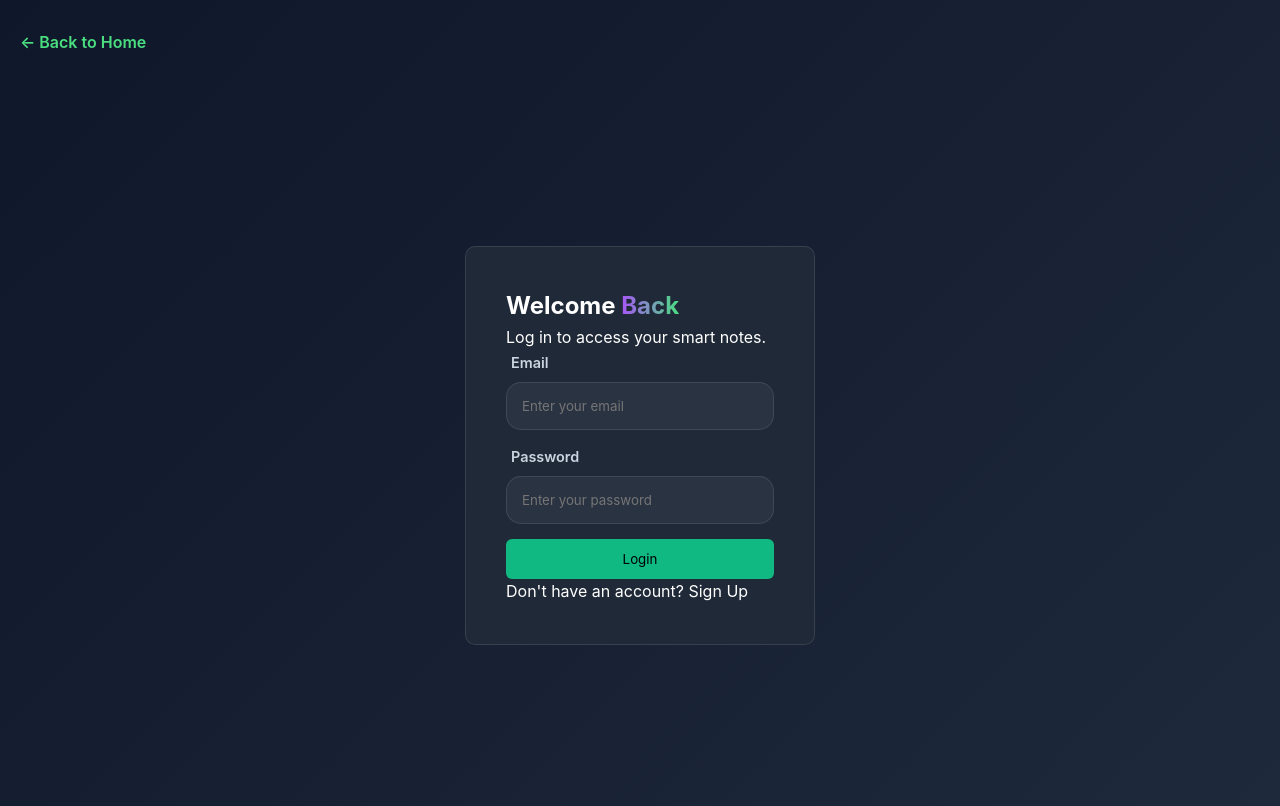
Repository: Nikhilesh-Attal/smart-notes-ai
Page: /login (app in frontend/)
The author's editor kept a copy of each file at every save. The page is drawn from the files as they stood at one save, then again after a run of saves.
The browser window is 1280 px wide. The pictures show the whole page.
The project was rebuilt for these pictures with package versions that can differ from the ones it lists, and the page was loaded fresh each time. Also part of the build but not shown: frontend/vite.config.ts, frontend/src/pages/Home.tsx, frontend/src/pages/chat.css, frontend/src/pages/chat.tsx, frontend/src/pages/Signup.tsx, frontend/src/pages/About.tsx, frontend/src/pages/ContactUs.tsx.

Above is the page before, as saved 2026-02-24 20:05:20.

### frontend/src/main.tsx
import React from "react";
import ReactDOM from "react-dom/client";
import { BrowserRouter } from "react-router-dom";
import App from "./App";
import "./pages/layout.css";

ReactDOM.createRoot(document.getElementById("root")!).render(
  <BrowserRouter>
    <App />
  </BrowserRouter>
);

### frontend/src/App.tsx
import { BrowserRouter, Routes, Route } from "react-router-dom";
import Home from "./pages/Home";
import Chat from "./pages/chat";
import Login from "./pages/Login";
import Signup from "./pages/Signup";
import About from "./pages/About";
import ContactUs from "./pages/ContactUs";

function App() {
  return (

      <Routes>
        <Route path="/" element={<Home />} />
        <Route path="/chat" element={<Chat />} />
        <Route path="/login" element={<Login />} />
        <Route path="/signup" element={<Signup />} />
        <Route path="/about" element={<About />} />
        <Route path="/ContactUs" element={<ContactUs />} />
      </Routes>

  );
}

export default App;

### frontend/src/pages/layout.css
* {
  margin: 0;
  padding: 0;
  box-sizing: border-box;
  font-family: 'Inter', sans-serif;
}

body {
  background: linear-gradient(135deg, #0f172a, #1e293b);
  color: white;
}

.app-container {
  display: flex;
  height: 100vh;
}

/* Sidebar */

.sidebar {
  width: 250px;
  background: #111827;
  padding: 20px;
  display: flex;
  flex-direction: column;
}

.sidebar h2 {
  margin-bottom: 20px;
}

.sidebar button {
  background: #10b981;
  border: none;
  padding: 10px;
  border-radius: 6px;
  cursor: pointer;
  margin-bottom: 20px;
}

.sidebar a {
  color: #ccc;
  text-decoration: none;
  margin-top: 10px;
}

.sidebar a:hover {
  color: #10b981;
}

/* Main Chat Area */

.chat-container {
  flex: 1;
  display: flex;
  flex-direction: column;
}

.chat-messages {
  flex: 1;
  padding: 30px;
  overflow-y: auto;
}

.message {
  max-width: 60%;
  padding: 12px;
  border-radius: 10px;
  margin-bottom: 15px;
}

.user {
  background: #10b981;
  align-self: flex-end;
}

.bot {
  background: #1f2937;
}

.chat-input {
  display: flex;
  padding: 15px;
  border-top: 1px solid #333;
}

.chat-input input {
  flex: 1;
  padding: 12px;
  border-radius: 6px;
  border: none;
  margin-right: 10px;
}

.chat-input button {
  padding: 12px 20px;
  border: none;
  border-radius: 6px;
  background: #10b981;
  cursor: pointer;
}

### frontend/src/pages/Login.tsx
import { useNavigate } from "react-router-dom";
import "../pages/auth.css";

const Login = () => {
  const navigate = useNavigate();

  return (
    <div className="auth-page-wrapper">
      {/* Navigation Back */}
      <nav className="about-nav">
        <button className="back-link" onClick={() => navigate('/')}>
          ← Back to Home
        </button>
      </nav>

      <div className="auth-container">
        <div className="auth-box glass">
          <h2>Welcome <span className="gradient-highlight">Back</span></h2>
          <p className="auth-subtitle">Log in to access your smart notes.</p>

          <div className="auth-form">
            <div className="input-group">
              <label>Email</label>
              <input type="email" placeholder="Enter your email" />
            </div>

            <div className="input-group">
              <label>Password</label>
              <input type="password" placeholder="Enter your password" />
            </div>

            <button className="auth-submit-btn">Login</button>
          </div>

          <p className="auth-footer">
            Don't have an account? <span onClick={() => navigate('/signup')}>Sign Up</span>
          </p>
        </div>
      </div>
    </div>
  );
};

export default Login;

### frontend/src/pages/Home.css
/*
/* Global Reset & Base Theme
* {
    margin: 0;
    padding: 0;
    box-sizing: border-box;
    font-family: 'Inter', system-ui, -apple-system, sans-serif;
}

body {
    background-color: #0b0f1a;
    color: #f8f9fc;
    line-height: 1.6;
}

/* Glassmorphism Utility
.glass {
    background: rgba(255, 255, 255, 0.03);
    backdrop-filter: blur(12px);
    -webkit-backdrop-filter: blur(12px);
    border: 1px solid rgba(255, 255, 255, 0.1);
}

/* Home Page Layout
.home-page-wrapper {
    min-height: 100vh;
    display: flex;
    flex-direction: column;
    align-items: center;
}

/* Header Styling - Max Length & Right Aligned Auth */
/* .home-header {
    display: flex;
    justify-content: space-between;
    align-items: center;
    padding:0.5rem 2rem; /* 1rem 3rem;
    margin-top: 10px;
    width: 100%; /* Maximized length *
    height: 60px;
    min-height: 80px;
    max-width: 12000px;
    border-radius: 100px;
    z-index: 1000;
}

.logo-group {
  display: flex;
  align-items: center;
  gap: 5px;
}

.logo-image {
  height: 90px; /* Adjust this height to match your text size
  width: auto;
  object-fit: contain;
}

.logo-image:hover {
    transform: scale(1.05); /* subtle pop on hover
}

/* .logo-group {
    display: flex;
    align-items: center;
    gap: 12px;
}

.logo-glow-icon {
    width: 28px;
    height: 28px;
    background: linear-gradient(135deg, #a855f7, #4ade80);
    border-radius: 8px;
    box-shadow: 0 0 15px rgba(168, 85, 247, 0.4);
}

.header-controls {
    display: flex;
    align-items: center;
    gap: 2rem;
}

.info-nav {
    display: flex;
    gap: 1.5rem;
}

.nav-link, .text-btn {
    background: none;
    border: none;
    color: #4ade80; /*cbd5e1;
    font-size: 0.98rem;
    cursor: pointer;
    transition: 0.3s;
}

.nav-link:hover, .text-btn:hover {
    color: #4ade80;
}

.header-auth {
    background-color: #4ade80;
    color: #0b0f1a;
    padding: 8px 24px;
    border-radius: 50px;
    border: none;
    font-weight: 700;
    cursor: pointer;
    transition: 0.3s;
    display: flex;
    align-items: center;
    gap: 1rem;
    padding-left: 1rem;
    border-left: 1px solid rgba(255, 255, 255, 0.1);
}

.primary-btn {
    background-color: #4ade80;
    color: #0b0f1a;
    padding: 8px 24px;
    border-radius: 50px;
    border: none;
    font-weight: 700;
    cursor: pointer;
    transition: 0.3s;
}

.primary-btn:hover {
    background-color: #38c16a;
    transform: translateY(-1px);
}

/* Hero Content
.hero-container {
    flex: 1;
    display: flex;
    align-items: center;
    justify-content: center;
    padding: 80px 20px;
}

.hero-content {
    text-align: center;
    padding: 80px 40px;
    border-radius: 40px;
    max-width: 900px;
    box-shadow: 0 0 80px rgba(168, 85, 247, 0.15);
}

.home-title {
    font-size: clamp(2.5rem, 6vw, 4.5rem);
    font-weight: 800;
    line-height: 1.1;
    margin-bottom: 20px;
    color: #ffffff;
}

.gradient-highlight {
    background: linear-gradient(90deg, #a855f7, #4ade80);
    -webkit-background-clip: text;
    -webkit-text-fill-color: transparent;
}

.home-subtitle {
    font-size: 1.25rem;
    color: #94a3b8;
    margin-bottom: 40px;
    max-width: 650px;
    margin-left: auto;
    margin-right: auto;
}

.main-cta {
    padding: 20px 200px;
    font-size: 1.rem;
    font-weight: 800;
    border: none;
    border-radius: 50px;
    background: #4ade80;
    color: #0b0f1a;
    cursor: pointer;
    box-shadow: 0 10px 30px rgba(74, 222, 128, 0.3);
    transition: 0.3s ease;
}

.main-cta:hover {
    transform: scale(1.05);
}

/* Bento Grid Styling
.bento-section {
    width: 90%;
    max-width: 1100px;
    padding-bottom: 100px;
}

.section-label {
    margin-bottom: 30px;
    font-size: 1.5rem;
    color: #94a3b8;
}

.bento-grid {
    display: grid;
    grid-template-columns: repeat(auto-fit, minmax(280px, 1fr));
    gap: 24px;
}

.bento-card {
    padding: 30px;
    border-radius: 30px;
    text-align: center;
    transition: 0.3s;
}

.bento-card:hover {
    border-color: #a855f7;
    transform: translateY(-5px);
}

.visual-box {
    height: 80px;
    margin-bottom: 20px;
    display: flex;
    align-items: center;
    justify-content: center;
}

/* Bento Visual Elements
.dot { width: 15px; height: 15px; border-radius: 50%; margin: 5px; }
.dot.p { background: #a855f7; box-shadow: 0 0 10px #a855f7; }
.dot.g { background: #4ade80; box-shadow: 0 0 10px #4ade80; }

.progress-bar { width: 100px; height: 10px; background: #334155; border-radius: 10px; overflow: hidden; }
.progress-fill { width: 70%; height: 100%; background: #4ade80; }

.waveform {
    width: 60px;
    height: 30px;
    background: repeating-linear-gradient(90deg, #a855f7, #a855f7 2px, transparent 2px, transparent 6px);
}

.search-icon { font-size: 2rem; }

/* Footer Section
.home-footer {
    padding: 60px;
    color: #475569;
    font-size: 0.9rem;
    border-top: 1px solid rgba(255, 255, 255, 0.05);
    width: 100%;
    text-align: center;
} */


/* Global Reset & Base Theme */
* {
    margin: 0;
    padding: 0;
    box-sizing: border-box;
    font-family: 'Inter', system-ui, -apple-system, sans-serif;
}

body {
    background-color: #0b0f1a;
    color: #f8f9fc;
    line-height: 1.6;
}

/* Glassmorphism Utility */
.glass {
    background: rgba(255, 255, 255, 0.03);
    backdrop-filter: blur(12px);
    -webkit-backdrop-filter: blur(12px);
    border: 1px solid rgba(255, 255, 255, 0.1);
}

/* Home Page Layout */
.home-page-wrapper {
    min-height: 100vh;
    display: flex;
    flex-direction: column;
    align-items: center;
}

/* Header Styling - Optimized for Pill buttons */
.home-header {
    display: flex;
    justify-content: space-between;
    align-items: center;
    padding: 0.5rem 2rem;
    margin-top: 10px;
    width: 95%;
    min-height: 80px;
    max-width: 1400px;
    border-radius: 100px;
    z-index: 1000;
}

.logo-group {
    display: flex;
    align-items: center;
    gap: 12px;
}

.logo-image {
    height: 60px;
    width: auto;
    object-fit: contain;
    transition: transform 0.3s ease;
}

.logo-image:hover {
    transform: scale(1.05);
}

.header-controls {
    display: flex;
    align-items: center;
    gap: 2rem;
}

.info-nav {
    display: flex;
    gap: 1.5rem;
}

.nav-link {
    background: none;
    border: none;
    color: #cbd5e1;
    font-size: 0.98rem;
    cursor: pointer;
    transition: 0.3s;
}

.nav-link:hover {
    color: #4ade80;
}

/* --- UPDATED AUTH SECTION (The Pill Shape) --- */

.header-auth {
    display: flex;
    align-items: center;
    padding-left: 1.5rem;
    border-left: none; /* Removed white line */
}

.auth-pill {
    display: flex;
    align-items: center;
    background-color: #38c16a; /* Updated to requested Green */
    border-radius: 50px;       /* Cylindrical shape */
    padding: 2px 5px;
    box-shadow: 0 4px 15px rgba(56, 193, 106, 0.3);
    transition: all 0.3s ease;
}

.auth-pill:hover {
    transform: translateY(-2px);
    background-color: #2ea85a; /* Slightly darker green */
}

.auth-btn {
    background: none;   /* Removed white rectangular background */
    border: none;
    color: #0b0f1a;     /* Dark text for contrast */
    padding: 10px 20px;
    font-weight: 700;
    font-size: 0.9rem;
    cursor: pointer;
    transition: opacity 0.2s ease;
}

.auth-btn:hover {
    opacity: 0.7;
}

.auth-divider {
    width: 1px;
    height: 18px;
    background-color: rgba(11, 15, 26, 0.15); /* Subtle separator */
}

/* --- END AUTH SECTION --- */

/* Hero Content */
.hero-container {
    flex: 1;
    display: flex;
    align-items: center;
    justify-content: center;
    padding: 80px 20px;
}

.hero-content {
    text-align: center;
    padding: 80px 40px;
    border-radius: 40px;
    max-width: 900px;
    box-shadow: 0 0 80px rgba(168, 85, 247, 0.15);
}

.home-title {
    font-size: clamp(2.5rem, 6vw, 4.5rem);
    font-weight: 800;
    line-height: 1.1;
    margin-bottom: 20px;
    color: #ffffff;
}

.gradient-highlight {
    background: linear-gradient(90deg, #a855f7, #4ade80);
    -webkit-background-clip: text;
    -webkit-text-fill-color: transparent;
}

.home-subtitle {
    font-size: 1.25rem;
    color: #94a3b8;
    margin-bottom: 40px;
    max-width: 650px;
    margin-left: auto;
    margin-right: auto;
}

.main-cta {
    padding: 18px 60px;
    font-size: 1.1rem;
    font-weight: 800;
    border: none;
    border-radius: 50px;
    background: #4ade80;
    color: #0b0f1a;
    cursor: pointer;
    box-shadow: 0 10px 30px rgba(74, 222, 128, 0.3);
    transition: 0.3s ease;
}

.main-cta:hover {
    transform: scale(1.05);
}

/* Bento Grid Styling */
.bento-section {
    width: 90%;
    max-width: 1100px;
    padding-bottom: 100px;
}

.section-label {
    margin-bottom: 30px;
    font-size: 1.5rem;
    color: #94a3b8;
}

.bento-grid {
    display: grid;
    grid-template-columns: repeat(auto-fit, minmax(280px, 1fr));
    gap: 24px;
}

.bento-card {
    padding: 30px;
    border-radius: 30px;
    text-align: center;
    transition: 0.3s;
}

.bento-card:hover {
    border-color: #a855f7;
    transform: translateY(-5px);
}

.visual-box {
    height: 80px;
    margin-bottom: 20px;
    display: flex;
    align-items: center;
    justify-content: center;
}

/* Bento Visual Elements */
.dot { width: 15px; height: 15px; border-radius: 50%; margin: 5px; }
.dot.p { background: #a855f7; box-shadow: 0 0 10px #a855f7; }
.dot.g { background: #4ade80; box-shadow: 0 0 10px #4ade80; }

.progress-bar { width: 100px; height: 10px; background: #334155; border-radius: 10px; overflow: hidden; }
.progress-fill { width: 70%; height: 100%; background: #4ade80; }

.waveform {
    width: 60px;
    height: 30px;
    background: repeating-linear-gradient(90deg, #a855f7, #a855f7 2px, transparent 2px, transparent 6px);
}

.search-icon { font-size: 2rem; }

/* Footer Section */
.home-footer {
    padding: 60px;
    color: #475569;
    font-size: 0.9rem;
    border-top: 1px solid rgba(255, 255, 255, 0.05);
    width: 100%;
    text-align: center;
}

### frontend/src/pages/auth.css
.auth-container {
  height: 100vh;
  display: flex;
  justify-content: center;
  align-items: center;
}

.auth-box {
  background: #1f2937;
  padding: 40px;
  border-radius: 10px;
  width: 350px;
}

.auth-box input {
  width: 100%;
  padding: 10px;
  margin-bottom: 15px;
  border-radius: 6px;
  border: none;
}

.auth-box button {
  width: 100%;
  padding: 12px;
  background: #10b981;
  border: none;
  border-radius: 6px;
  cursor: pointer;
}

### frontend/src/pages/About.css
/* About Page Layout */
.about-page-wrapper {
    min-height: 100vh;
    background-color: #0b0f1a;
    color: #f8f9fc;
    display: flex;
    flex-direction: column;
    align-items: center;
    padding-bottom: 100px;
}

/* Nav Styles */
.about-nav {
    width: 100%;
    max-width: 1200px;
    padding: 30px 20px;
}

.back-link {
    background: none;
    border: none;
    color: #4ade80;
    font-size: 1rem;
    font-weight: 600;
    cursor: pointer;
    transition: 0.3s;
}

.back-link:hover {
    color: #38c16a;
    transform: translateX(-5px);
}

/* Hero Section */
.about-hero {
    text-align: center;
    padding: 60px 20px;
    max-width: 900px;
}

.about-title {
    font-size: clamp(2.5rem, 5vw, 4rem);
    font-weight: 800;
    line-height: 1.2;
    margin-bottom: 20px;
}

.about-tagline {
    font-size: 1.25rem;
    color: #94a3b8;
    max-width: 700px;
    margin: 0 auto;
}

/* Mission Section */
.mission-container {
    margin: 40px 20px;
    padding: 60px;
    max-width: 1000px;
    border-radius: 40px;
    text-align: center;
}

.mission-text h2 {
    font-size: 2rem;
    color: #4ade80;
    margin-bottom: 20px;
}

.mission-text p {
    font-size: 1.15rem;
    line-height: 1.8;
    color: #cbd5e1;
}

/* Values Grid */
.values-grid {
    display: grid;
    grid-template-columns: repeat(auto-fit, minmax(280px, 1fr));
    gap: 24px;
    width: 90%;
    max-width: 1100px;
    margin-top: 60px;
}

.value-card {
    padding: 40px;
    border-radius: 30px;
    text-align: left;
    transition: 0.3s ease;
}

.value-card:hover {
    transform: translateY(-10px);
    border-color: #38c16a;
}

.value-icon {
    font-size: 2rem;
    margin-bottom: 15px;
}

.value-card h3 {
    margin-bottom: 10px;
    color: #ffffff;
}

.value-card p {
    color: #94a3b8;
    font-size: 0.95rem;
}

/* CTA Section */
.about-cta {
    margin-top: 100px;
    text-align: center;
}

.about-cta h2 {
    margin-bottom: 30px;
    font-size: 1.8rem;
}

/* Cylindrical Button - Matches your Auth Pill */
.about-primary-btn {
    background-color: #38c16a;
    color: #0b0f1a;
    padding: 18px 45px;
    border-radius: 50px;
    border: none;
    font-weight: 800;
    font-size: 1.1rem;
    cursor: pointer;
    box-shadow: 0 4px 15px rgba(56, 193, 106, 0.3);
    transition: all 0.3s ease;
}

.about-primary-btn:hover {
    background-color: #2ea85a;
    transform: scale(1.05);
    box-shadow: 0 8px 25px rgba(56, 193, 106, 0.4);
}

### frontend/src/pages/ContactUs.css
/* Contact Page Layout */
.contact-page-wrapper {
    min-height: 100vh;
    background-color: #0b0f1a;
    display: flex;
    flex-direction: column;
    align-items: center;
    justify-content: center;
    padding: 20px;
}

/* Back Button styling */
.back-btn {
    position: absolute;
    top: 30px;
    left: 30px;
    background: none;
    border: none;
    color: #4ade80;
    font-weight: 600;
    cursor: pointer;
    transition: 0.3s;
}

.back-btn:hover {
    transform: translateX(-5px);
}

/* Main Container */
.contact-container {
    width: 100%;
    max-width: 600px;
    padding: 50px;
    border-radius: 40px;
    text-align: center;
}

.contact-header {
    margin-bottom: 40px;
}

.contact-title {
    font-size: 2.5rem;
    font-weight: 800;
    color: #ffffff;
    margin-bottom: 10px;
}

.contact-subtitle {
    color: #94a3b8;
    font-size: 1.1rem;
}

/* Form Styling */
.contact-form {
    display: flex;
    flex-direction: column;
    gap: 20px;
    text-align: left;
}

.input-group {
    display: flex;
    flex-direction: column;
    gap: 8px;
}

.input-group label {
    color: #cbd5e1;
    font-size: 0.9rem;
    font-weight: 600;
    padding-left: 5px;
}

.input-group input,
.input-group textarea {
    background: rgba(255, 255, 255, 0.05);
    border: 1px solid rgba(255, 255, 255, 0.1);
    border-radius: 15px;
    padding: 15px;
    color: #ffffff;
    font-family: inherit;
    outline: none;
    transition: 0.3s;
}

.input-group input:focus,
.input-group textarea:focus {
    border-color: #38c16a;
    background: rgba(255, 255, 255, 0.08);
}

/* Submit Button - Matches your Green Pill style */
.contact-submit-btn {
    background-color: #38c16a;
    color: #0b0f1a;
    border: none;
    padding: 15px;
    border-radius: 50px;
    font-weight: 800;
    font-size: 1rem;
    cursor: pointer;
    margin-top: 10px;
    transition: all 0.3s ease;
    box-shadow: 0 4px 15px rgba(56, 193, 106, 0.3);
}

.contact-submit-btn:hover {
    background-color: #2ea85a;
    transform: translateY(-2px);
    box-shadow: 0 6px 20px rgba(56, 193, 106, 0.4);
}

/* Success State */
.success-message {
    padding: 40px 0;
}

.success-icon {
    font-size: 3rem;
    margin-bottom: 20px;
}

.success-message h2 {
    color: #ffffff;
    margin-bottom: 15px;
}

.success-message p {
    color: #94a3b8;
    margin-bottom: 30px;
}

.back-btn-simple {
    background: none;
    border: 1px solid #38c16a;
    color: #38c16a;
    padding: 10px 25px;
    border-radius: 50px;
    cursor: pointer;
    transition: 0.3s;
}

.back-btn-simple:hover {
    background: #38c16a;
    color: #0b0f1a;
}

Loaded but not shown: frontend/index.html (common file)

After the next 2 saves:
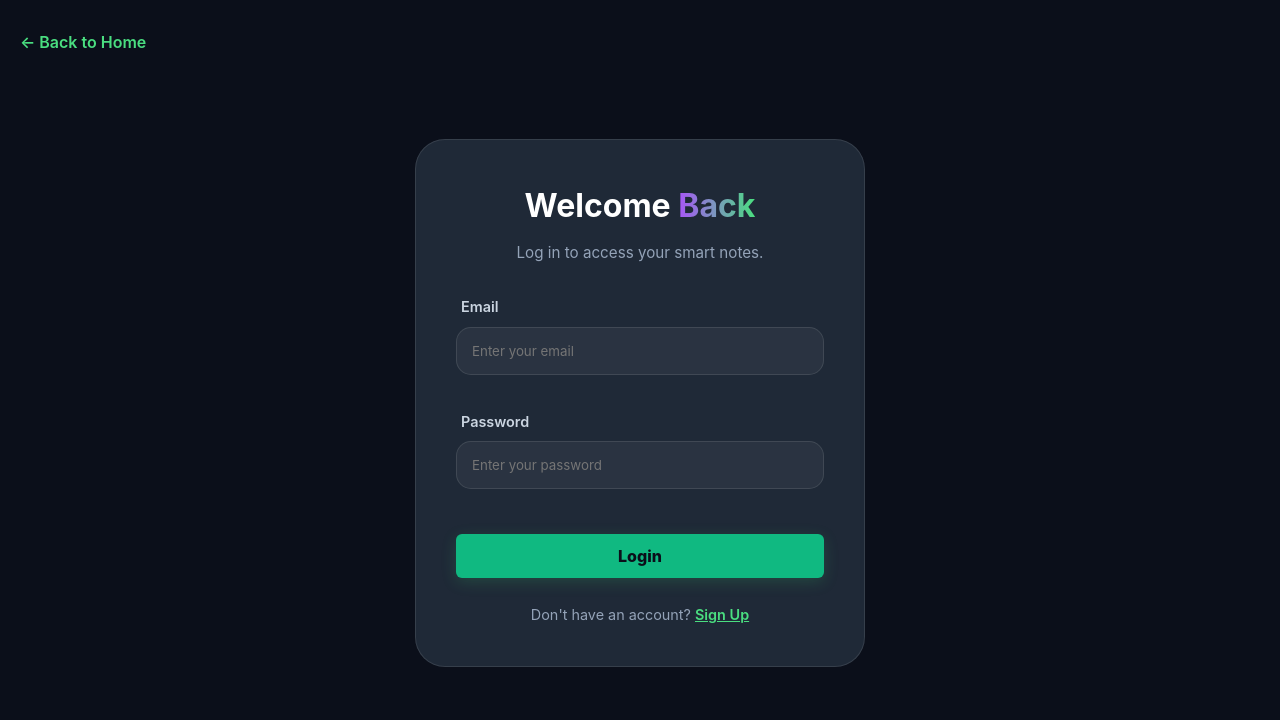
The 2 saves are shown as one change because they came seconds apart.
The last was saved 65 s later.
--- a/frontend/src/pages/auth.css
+++ b/frontend/src/pages/auth.css
@@ -28,3 +28,116 @@
   border-radius: 6px;
   cursor: pointer;
 }
+
+/* Full Page Wrapper */
+.auth-page-wrapper {
+    min-height: 100vh;
+    background-color: #0b0f1a;
+    display: flex;
+    flex-direction: column;
+}
+
+/* Auth Container Centering */
+.auth-container {
+    flex: 1;
+    display: flex;
+    align-items: center;
+    justify-content: center;
+    padding: 20px;
+}
+
+/* The Glass Box */
+.auth-box {
+    width: 100%;
+    max-width: 450px;
+    padding: 40px;
+    border-radius: 30px;
+    text-align: center;
+}
+
+.auth-box h2 {
+    font-size: 2rem;
+    color: #ffffff;
+    margin-bottom: 10px;
+}
+
+.auth-subtitle {
+    color: #94a3b8;
+    margin-bottom: 30px;
+    font-size: 0.95rem;
+}
+
+/* Form Layout */
+.auth-form {
+    display: flex;
+    flex-direction: column;
+    gap: 20px;
+    text-align: left;
+}
+
+.input-group {
+    display: flex;
+    flex-direction: column;
+    gap: 8px;
+}
+
+.input-group label {
+    color: #cbd5e1;
+    font-size: 0.85rem;
+    font-weight: 600;
+    padding-left: 5px;
+}
+
+.input-group input {
+    background: rgba(255, 255, 255, 0.05);
+    border: 1px solid rgba(255, 255, 255, 0.1);
+    border-radius: 12px;
+    padding: 12px 15px;
+    color: #ffffff;
+    outline: none;
+    transition: 0.3s;
+}
+
+.input-group input:focus {
+    border-color: #38c16a;
+    background: rgba(255, 255, 255, 0.08);
+}
+
+/* Login Pill Button */
+.auth-submit-btn {
+    background-color: #38c16a;
+    color: #0b0f1a;
+    border: none;
+    padding: 14px;
+    border-radius: 50px;
+    font-weight: 800;
+    font-size: 1rem;
+    cursor: pointer;
+    margin-top: 10px;
+    transition: all 0.3s ease;
+    box-shadow: 0 4px 15px rgba(56, 193, 106, 0.2);
+}
+
+.auth-submit-btn:hover {
+    background-color: #2ea85a;
+    transform: translateY(-2px);
+    box-shadow: 0 6px 20px rgba(56, 193, 106, 0.3);
+}
+
+/* Footer Link */
+.auth-footer {
+    margin-top: 25px;
+    color: #94a3b8;
+    font-size: 0.9rem;
+}
+
+.auth-footer span {
+    color: #4ade80;
+    cursor: pointer;
+    font-weight: 600;
+    text-decoration: underline;
+}
+
+.auth-footer span:hover {
+    color: #38c16a;
+}
